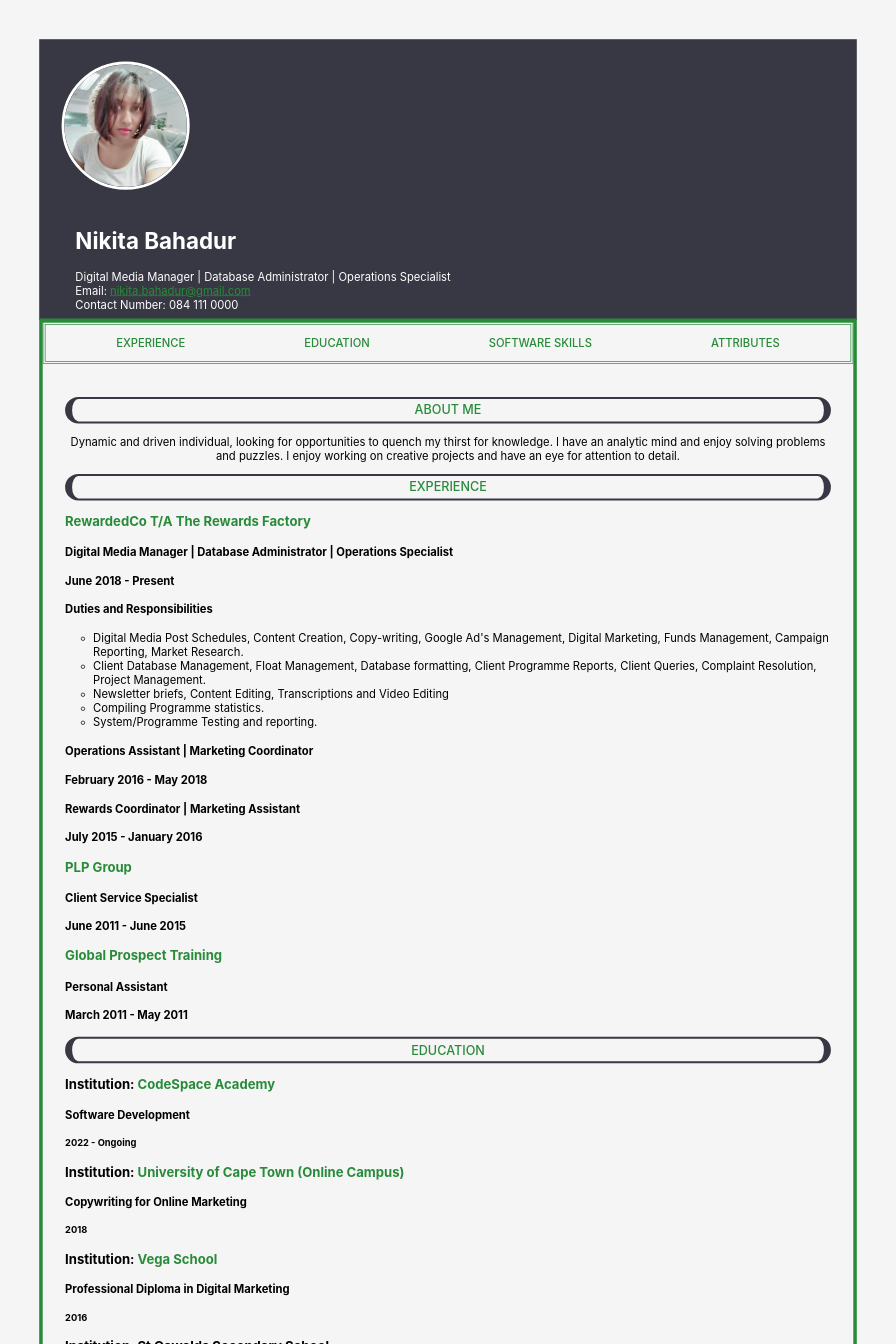
Repository: acidpixie/Resume-Example
Page: index.html
These files come from the project's save history. The page is drawn as it stood at one moment and after the next save; the edit follows.
The browser window is 1280 px wide. The pictures show the part of the page from y = 0 to 1920 px (the page is 2817 px tall before and 2664 px after), at 70% of full size.

Above is the page before, as saved 2022-03-03 18:02:16.

### index.html
<!DOCTYPE html>
<html lang="en">
<head>
    <meta charset="UTF-8">
    <meta http-equiv="X-UA-Compatible" content="IE=edge">
    <meta name="viewport" content="width=device-width, initial-scale=1.0">
    <title>Resume 2</title>
    <link rel="stylesheet" type="text/css" href="css/stylesheet.css">
</head>

<header>
    <div class="Box">
    <img src="/images/displaypicture.jpg" alt="profile photo" id="profilepicture">

    <ul class="InfoList">
    <li><h1>Nikita Bahadur</h1></li>
    <li>Digital Media Manager | Database Administrator | Operations Specialist</li>
    <li>Email: <a href = "mailto:nikita.bahadur@gmail.com">nikita.bahadur@gmail.com</a></li>
    <li>Contact Number: 084 111 0000</li>
    </ul>
    </div>


</header>

<body>

<section class="content">


<div class="nav">

        <a href="#Experience">Experience</a>
        <a href="#Education">Education</a>
        <a href="#Software">Software Skills</a>
        <a href="#Attributes">Attributes</a>

</div>


<main class="main">

<h2>About Me</h2>
<p>Dynamic and driven individual, looking for opportunities to quench my thirst for knowledge.
    I have an analytic mind and enjoy solving problems and puzzles.
    I enjoy working on creative projects and have an eye for attention to detail.
    </p>



<h2 id='Experience'>Experience</h2>
<h3><a href="https://www.therewardsfactory.com/" target="_blank">RewardedCo T/A The Rewards Factory</a></h3>
<h4>Digital Media Manager | Database Administrator | Operations Specialist</h4>
<h4>June 2018 - Present</h4>
<h4>Duties and Responsibilities</h4>
<ul class="lists">
    <li>Digital Media Post Schedules, Content Creation, Copy-writing, Google Ad's Management, Digital Marketing, Funds Management, Campaign Reporting, Market Research.
    </li>
    <li>Client Database Management, Float Management, Database formatting, Client Programme Reports, Client Queries, Complaint Resolution, Project Management.
    </li>
    <li>Newsletter briefs, Content Editing, Transcriptions and Video Editing
    </li>
    <li>Compiling Programme statistics.
    </li>
    <li>System/Programme Testing and reporting.
    </li>
</ul>

<h4>Operations Assistant | Marketing Coordinator</h4>
<h4>February 2016 - May 2018</h4>

<h4>Rewards Coordinator | Marketing Assistant</h4>
<h4>July 2015 - January 2016</h4>

<h3> <a href="https://www.plp.co.za" target="_blank">PLP Group</a></h3>
<h4>Client Service Specialist</h4>
<h4>June 2011 - June 2015</h4>

<h3> <a href="https://gptrainingsa.com" target="_blank">Global Prospect Training</a></h3>
<h4>Personal Assistant</h4>
<h4>March 2011 - May 2011</h4>

<h2 id="Education">Education</h2>
<h3>Institution: <a href="https://www.codespace.co.za/" target="_blank">CodeSpace Academy</a></h3>
<h4>Software Development</h4>
<h5>2022 - Ongoing</h5>

<h3>Institution: <a href="https://www.getsmarter.com/products/universities/university-of-cape-town" target="_blank">University of Cape Town (Online Campus)</a></h3>
<h4>Copywriting for Online Marketing</h4>
<h5>2018</h5>

<h3>Institution: <a href="https://www.vegaschool.com/" target="_blank">Vega School</a></h3>
<h4>Professional Diploma in Digital Marketing</h4>
<h5>2016</h5>

<h3>Institution: St Oswalds Secondary School</h3>
<h4>Grade 12 - Admission to Bachelor Degree</h4>
<h5>2010</h5>

<h2 id='Software'>Software Skills</h2>
<ul class="lists">
    <li>Microsoft Office (Word/ Excel/ Powerpoint,etc)</li>
    <li>Adobe CS Suite (Photoshop/ Premiere/ Illustrator)</li>
    <li>Google Ad's/ Google Analytics/ Google Adsence</li>
    <li>Visual Studio Code / Adobe Brackets</li>
    <li>Github</li>
    <li>Slack</li>
</ul>

<h2>Interests</h2>
<ul class="lists">
    <li>Image Editing and Graphics Design</li>
    <li>Writing Short Stories/ Poetry</li>
    <li>Reading (Fantasy/ Sci-Fi)</li>
    <li>Cosplay and Kpop</li>
    <li>Movies, Music and Gaming</li>
</ul>

<h2 id='Attributes'>Attributes</h2>
<ul class="lists">
    <li>Strong written and verbal communication</li>
    <li>Conflict Resolution</li>
    <li>Innovative Thinker</li>
    <li>Team Player</li>
    <li>Self Motivated</li>
    <li>Dedicated</li>
    <li>Independent</li>
</ul>
</body>

</main>
</section>

<footer>
<a href="https://www.linkedin.com/in/nikita-bahadur-34b079a5/" target="_blank"><img src="/images/Linkedin.png" alt="linkedin" class="icons"></a>
<a href="https://entropyensued.wordpress.com/" target="_blank"><img src="/images/blog.png" alt="blog" class="icons"></a>


</footer>
</html>

### css/stylesheet.css
* { box-sizing: content-box;}

body{
    font-family: -apple-system, BlinkMacSystemFont, 'Segoe UI', Roboto, Oxygen, Ubuntu, Cantarell, 'Open Sans', 'Helvetica Neue', sans-serif;
    font: size 100px;
    background-color: whitesmoke;
    display: flex;
    flex-direction: column;
  }

  header {
    margin: 3rem;
    margin-bottom: -50px;
    background-color:#383844;
    color: #ffffff;
  }

  header a{
    color: #288b39;
  }

  footer {
    background-color: #383844;
    margin: 3rem;
    margin-top: -50px;
    display: flex;
    flex-direction: row-reverse;

  }

  .nav {
    font-size: medium;
    font-weight: 500;
    font-stretch: 3rem;
    display: flex;
    justify-content: space-around;
    flex-basis: auto;
    padding: 1rem;
    border: 4px double #288b39;
    border-width: auto;

    }

  .nav a {
    color: #288b39;
  }

  .main {
    margin: 1rem;
    padding: 1rem;


  }

  p {
    text-align: center;

  }


  h2 {
    border-style: solid;
    border-width: 3px;
    border-left-width: 10px;
    border-right-width: 10px;
    border-color: #383844;
    border-radius: 30px 30px 30px 30px;
    text-align: center;
  }

  h2 {
    padding: 0.5% 0 0.5% 0;
    color: #288b39;
    font-size: large;
    font-weight: 500;
    text-transform: uppercase;

  }

  h3 a{
    text-decoration: none;
    color: #288b39;
  }


  .icons {
    display: flex;
    width: 40px;
    margin: 40px;
    height: auto;

  }

.box {
  display: flex;
  justify-content:space-between;
  flex-direction: row-reverse;

}

.InfoList {
  margin: 1% 30% 1% 1%;
  list-style-type: none;
  display: flex;
  flex-direction: column;
  align-items: flex-start;
  text-align: left;
  justify-content: space-evenly;

}

#profilepicture {
  display: flex;
  width: 15%;
  height: 15%;
  border-radius: 50%;
  border: 4px solid white;
  margin: 2rem;
}

.content {
  margin: 3rem;
  border: 5px solid #288b39;
}

.nav a{
  text-decoration: none;
  text-transform: uppercase;
}

.lists {
  list-style-type: circle;
}

After the next save:
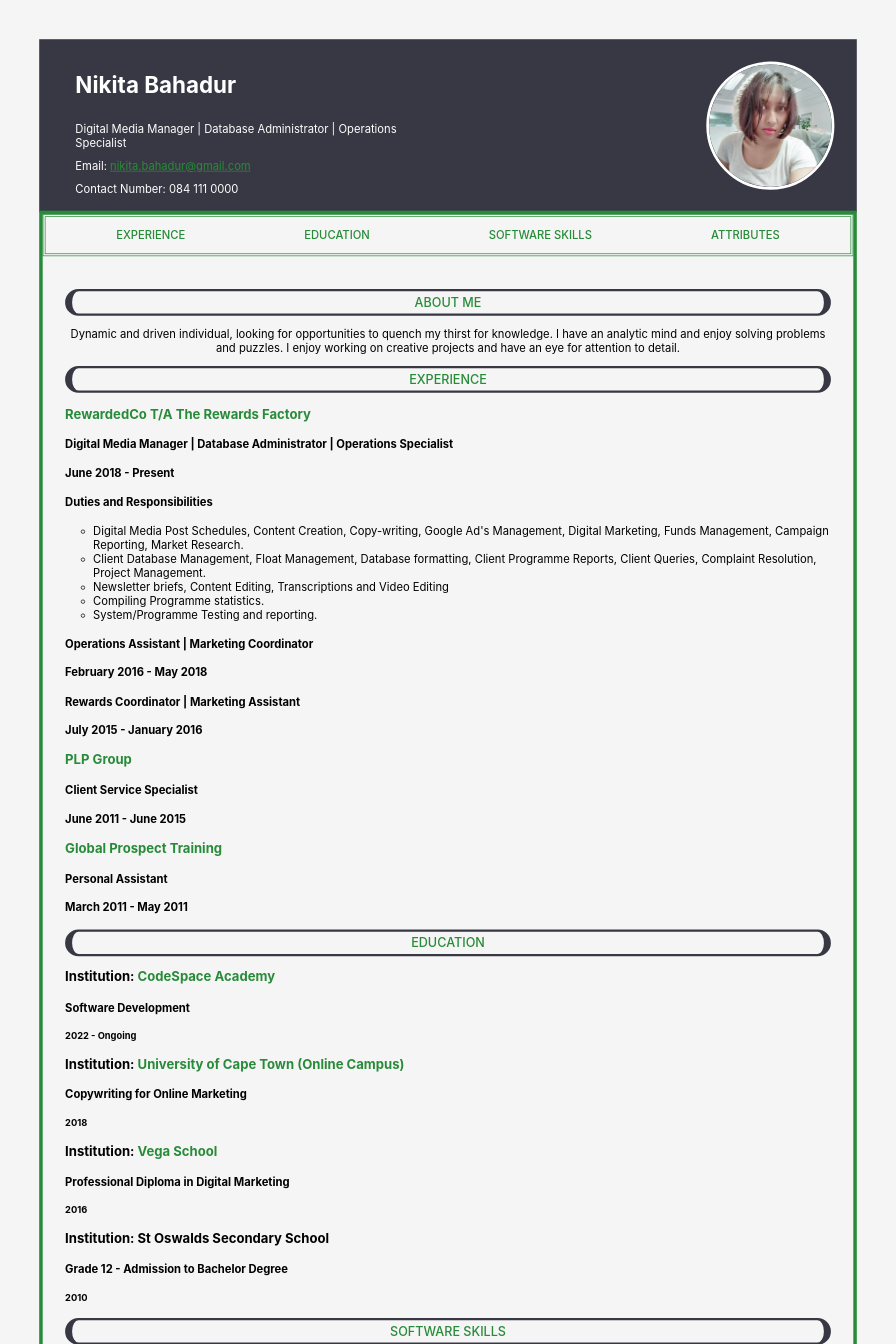
Saved 20 s later.
--- a/css/stylesheet.css
+++ b/css/stylesheet.css
@@ -91,7 +91,7 @@ body{
 
   }
 
-.box {
+.Box {
   display: flex;
   justify-content:space-between;
   flex-direction: row-reverse;
